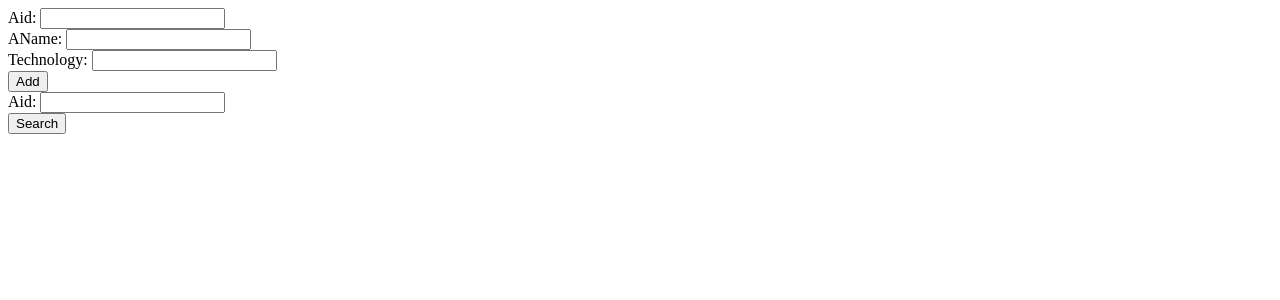
Repository: kjavvaji/SpringBoot
Page: http://localhost/SpringBootJPA2/home.jsp
These files come from the project's save history. The page is drawn as it stood at one moment and after the next save; the edit follows.
The browser window is 1280 px wide. The pictures show the whole page.
The page is served by Tomcat 9.

Above is the page before, as saved 2019-08-23 13:37:07.

After the next save:
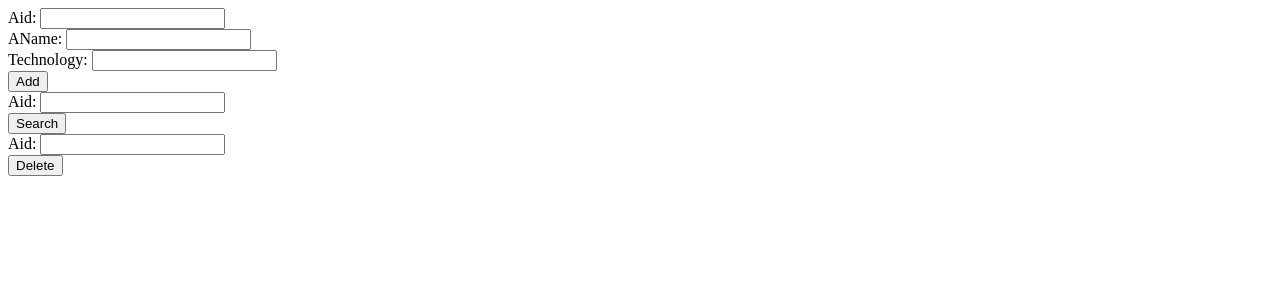
Saved 28 s later.
--- a/SpringBootJPA2/src/main/webapp/home.jsp
+++ b/SpringBootJPA2/src/main/webapp/home.jsp
@@ -21,7 +21,12 @@
 					  <input type="submit" value="Search">
 		</form>
 
+		<form action="delAlien">
 
+				      Aid:  <input type ="text" name ="aid"><br>
+
+					  <input type="submit" value="Delete">
+		</form>
 
 </body>
 </html>
